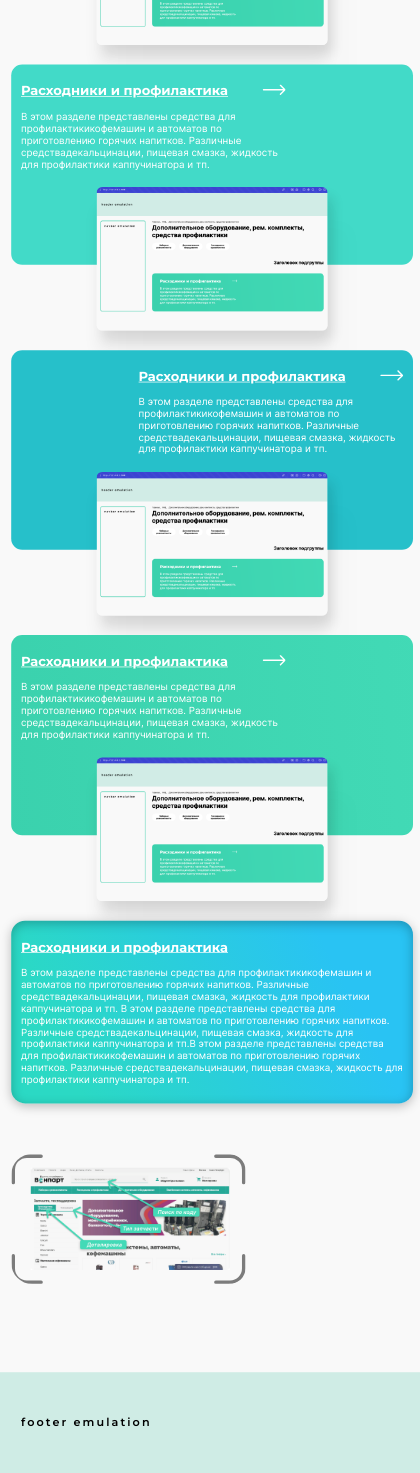
Repository: axonde/venpart-faq-pages
Page: index.html
An editor plug-in stored every save of this project. The page is shown before and after a run of saves, followed by the edit.
The browser window is 600 px wide. The pictures show the part of the page from y = 966 to 3206 px (the page is 3070 px tall before and 3206 px after), at 70% of full size.

Above is the page before, as saved 2024-02-28 20:37:10.

After the next 2 saves:
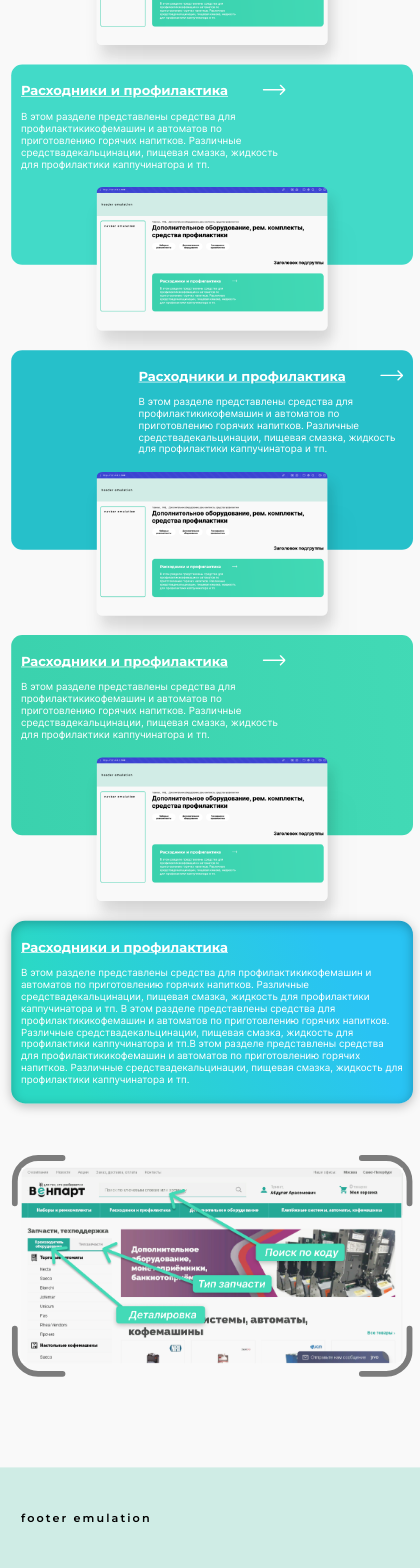
The 2 saves are shown as one change because they came seconds apart.
The last was saved 36 s later.
--- a/style.css
+++ b/style.css
@@ -710,8 +710,10 @@ scrollbar-width: none; /* Firefox */}
 		padding: 20px 15px;
 		background-image: url('decorations/faq-photo-deco.svg');
 		background-size: contain;
-		background-repeat: no-repeat; box-shadow: none; width: 340px;
-		height: 186px;}
+		background-repeat: no-repeat;
+		box-shadow: none;
+		width: 100%;
+		height: 100%;}
 	.faq__image img {object-fit: contain; width: 100%; height: 100%;}
 }
 
